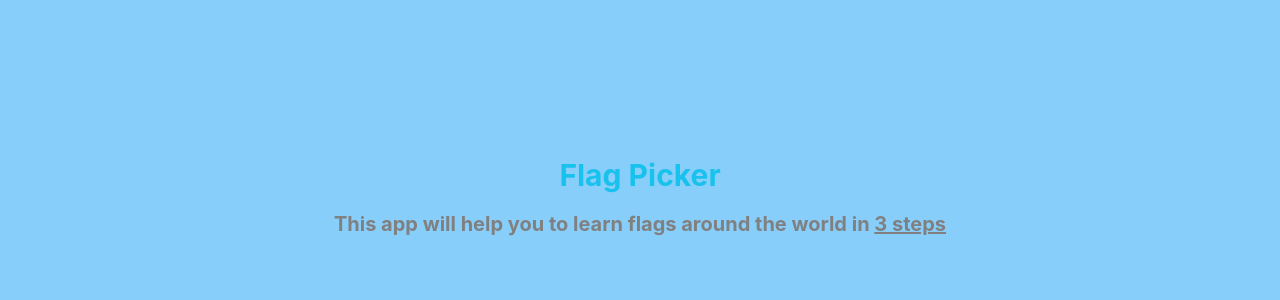
Repository: paras-shah/flag-app
Page: /
An editor plug-in stored every save of this project. The page is shown before and after the next save, followed by the edit.
The browser window is 1280 px wide. The pictures show the whole page.
The project was rebuilt for these pictures with package versions that can differ from the ones it lists, and the page was loaded fresh each time.

Above is the page before, as saved 2020-02-11 21:35:21.

After the next save:
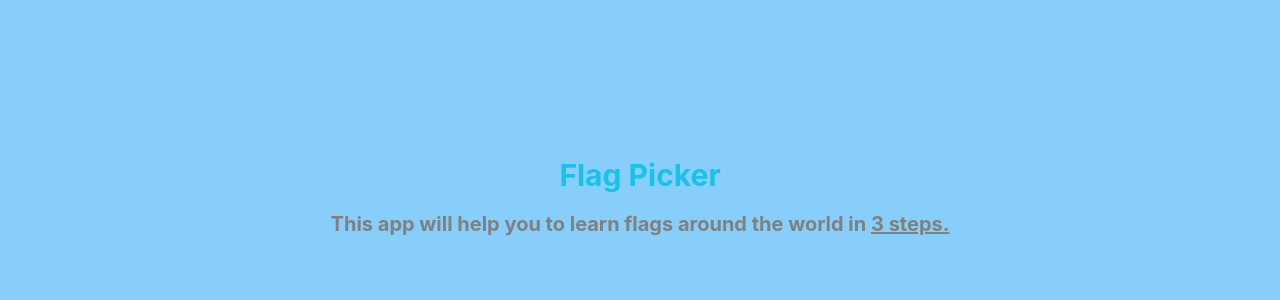
Saved 4 s later.
--- a/src/config/copy.js
+++ b/src/config/copy.js
@@ -1,5 +1,5 @@
 export default {
     HEADER_TEXT : "Flag Picker",
     HEADER_SUBTEXT : "This app will help you to learn flags around the world in",
-    HEADER_SUBTEXT_TWO : "3 steps",
+    HEADER_SUBTEXT_TWO : "3 steps.",
 };
